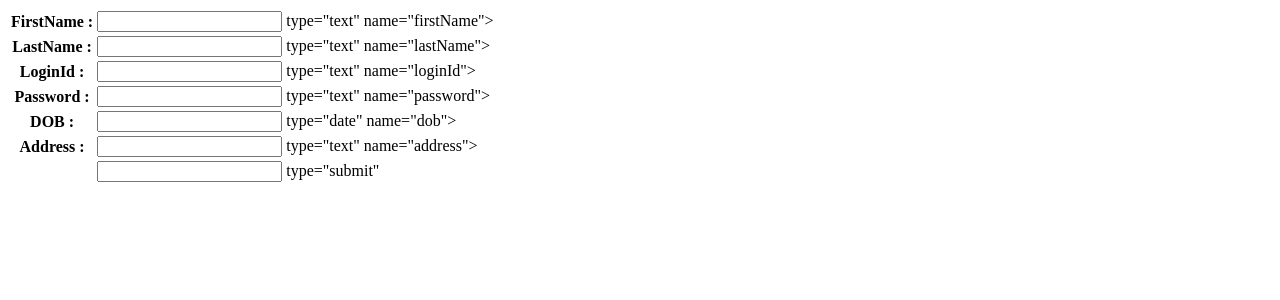
Repository: Hardeepsiddhu/Advancejava
Page: http://localhost/AdvanceDynamic/UserRegistration.jsp
An editor plug-in stored every save of this project. The page is shown before and after the next save, followed by the edit.
The browser window is 1280 px wide. The pictures show the whole page.
The page is served by Tomcat 9. Other server files are loaded and not shown.

Above is the page before, as saved 2023-10-16 22:37:19.

### AdvanceDynamic/WebContent/UserRegistration.jsp
<%@ page language="java" contentType="text/html; charset=ISO-8859-1"
    pageEncoding="ISO-8859-1"%>
<!DOCTYPE html>
<html>
<head>
<meta charset="ISO-8859-1">
<title>Insert title here</title>
</head>
<body>

	<form action="Second.jsp" method="post">
	<table>

	<tr>

	<th>FirstName :</th>
	<td><input> type="text" name="firstName"></td>
	</tr>
	<tr>

	<th>LastName :</th>
	<td><input> type="text" name="lastName"></td>
	</tr>

	<tr>

	<th>LoginId :</th>
	<td><input> type="text" name="loginId"></td>
	</tr>

	<tr>

	<th>Password :</th>
	<td><input> type="text" name="password"></td>
	</tr>

	<tr>

	<th>DOB :</th>
	<td><input> type="date" name="dob"></td>
	</tr>

	<tr>

	<th>Address :</th>
	<td><input> type="text" name="address"></td>
	</tr>


	<tr>
		<th></th>
	<td><input> type="submit" </td>
	</tr>
	</table>
	</form>
</body>
</html>

After the next save:
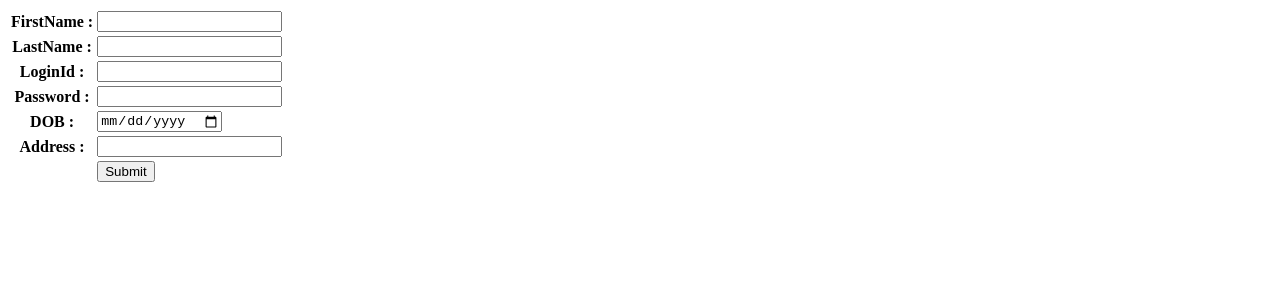
Saved 109 s later.
--- a/AdvanceDynamic/WebContent/UserRegistration.jsp
+++ b/AdvanceDynamic/WebContent/UserRegistration.jsp
@@ -14,42 +14,42 @@
 	<tr>
 
 	<th>FirstName :</th>
-	<td><input> type="text" name="firstName"></td>
+	<td><input type="text" name="firstName"></td>
 	</tr>
 	<tr>
 
 	<th>LastName :</th>
-	<td><input> type="text" name="lastName"></td>
+	<td><input type="text" name="lastName"></td>
 	</tr>
 
 	<tr>
 
 	<th>LoginId :</th>
-	<td><input> type="text" name="loginId"></td>
+	<td><input type="text" name="loginId"></td>
 	</tr>
 
 	<tr>
 
 	<th>Password :</th>
-	<td><input> type="text" name="password"></td>
+	<td><input type="text" name="password"></td>
 	</tr>
 
 	<tr>
 
 	<th>DOB :</th>
-	<td><input> type="date" name="dob"></td>
+	<td><input type="date" name="dob"></td>
 	</tr>
 
 	<tr>
 
 	<th>Address :</th>
-	<td><input> type="text" name="address"></td>
+	<td><input type="text" name="address"></td>
 	</tr>
 
 
 	<tr>
 		<th></th>
-	<td><input> type="submit" </td>
+	<td><input type="submit" </td>
 	</tr>
 	</table>
 	</form>
